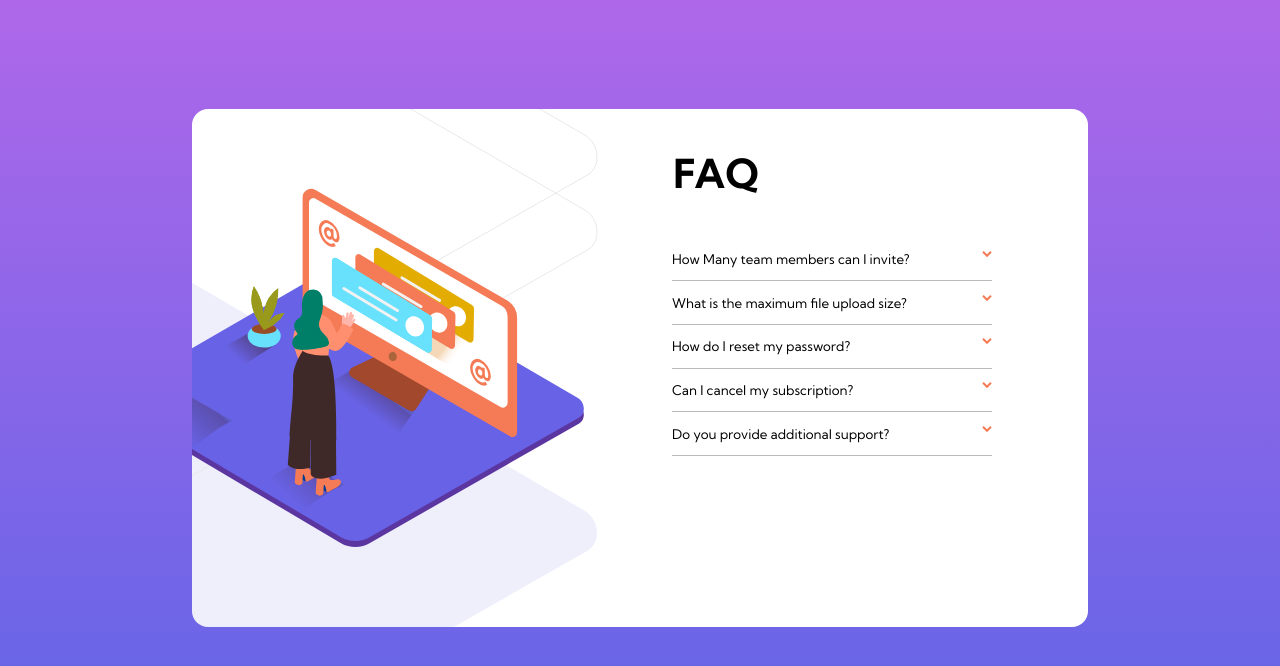
Repository: ryanwilll/ProjetoFAQ
Page: index.html
These files come from the project's save history. The page is drawn as it stood at one moment and after the next save; the edit follows.
The browser window is 1280 px wide. The pictures show the whole page.

Above is the page before, as saved 2022-10-28 12:13:24.

### index.html
<!DOCTYPE html>
<html lang="pt-br">

<head>
  <meta charset="UTF-8">
  <meta name="viewport" content="width=device-width, initial-scale=1.0">
  <!-- displays site properly based on user's device -->
  <link rel="preconnect" href="https://fonts.googleapis.com">
  <link rel="preconnect" href="https://fonts.gstatic.com" crossorigin>
  <link rel="preconnect" href="https://fonts.googleapis.com">
  <link rel="preconnect" href="https://fonts.gstatic.com" crossorigin>
  <link href="https://fonts.googleapis.com/css2?family=Kumbh+Sans:wght@400;700&display=swap" rel="stylesheet">
  <link rel="icon" type="image/png" sizes="32x32" href="./images/favicon-32x32.png">
  <link rel="stylesheet" href="./css/style.css">
  <link rel="stylesheet" href="./css/allmedia.css">
  <title>Frontend Mentor | FAQ Accordion Card</title>

  <!-- Feel free to remove these styles or customise in your own stylesheet 👍 -->
</head>

<body>

  <main class="container">
    <div class="card-white">
      <div class="imgs">
        <img class="img-principal" src="./images/illustration-woman-online-mobile.svg" alt="Ilustração Mobile">
        <img class="sombra-img-principal" src="./images/bg-pattern-mobile.svg" alt="Sombreamento da Imagem">
      </div>

      <div class="imgs-desktop">
        <img class="Box-Imagem" src="./images/illustration-box-desktop.svg" alt="Box da Imagem">
      </div>
      <h1 class="FAQ">FAQ</h1>
      <div class="faq-menu">

        <div class="text">
          <button class="button-answer">
            <div class="question"> How Many team members can I invite?<img class="seta"
                src="./images/icon-arrow-down.svg" alt="Seta para baixo"></div>

          </button>
          <p class="answer"> You can invite up to 2 additional users on the Free plan. There is no limit on team
            members
            for the Premium
            plan.</p>
        </div>
        <div class="text">
          <button class="button-answer">
            <div class="question"> What is the maximum file upload size?<img class="seta"
                src="./images/icon-arrow-down.svg" alt="Seta para baixo"></div>

          </button>
          <p class="answer"> No more than 2GB. All files in your account must fit your allotted storage space.</p>
        </div>
        <div class="text">
          <button class="button-answer">
            <div class="question"> How do I reset my password?<img class="seta" src="./images/icon-arrow-down.svg"
                alt="Seta para baixo"></div>

          </button>
          <p class="answer"> Click “Forgot password” from the login page or “Change password” from your profile page.
            A reset link will be emailed to you.</p>
        </div>
        <div class="text">
          <button class="button-answer">
            <div class="question"> Can I cancel my subscription?<img class="seta" src="./images/icon-arrow-down.svg"
                alt="Seta para baixo"></div>

          </button>
          <p class="answer"> Yes! Send us a message and we’ll process your request no questions asked.</p>
        </div>
        <div class="text">
          <button class="button-answer">
            <div class="question"> Do you provide additional support?<img class="seta"
                src="./images/icon-arrow-down.svg" alt="Seta para baixo"></div>

          </button>
          <p class="answer"> You can invite up to 2 additional users on the Free plan. There is no limit on team
            members
            for the Premium
            plan.</p>
        </div>
      </div>

    </div>
  </main>
  <script src="./src/index.js"></script>
</body>

</html>

### css/style.css
@charset "UTF-8";
input,
textarea,
button,
select,
a {
  -webkit-tap-highlight-color: rgba(0, 0, 0, 0);
}
/*Versão Mobile First*/
* {
  font-family: "Kumbh Sans", sans-serif;
  margin: 0px;
  padding: 0px;
  box-sizing: border-box;
}

body {
  background: linear-gradient(hsl(273, 75%, 66%) 80%, hsl(240, 73%, 65%));
  background: linear-gradient(hsl(273, 75%, 66%) 80%, hsl(240, 73%, 65%));
  background-repeat: no-repeat;
  position: relative;
  height: 100vh;
  width: 100vw;
}

.card-white {
  background-color: white;
  width: 90vw;
  max-height: 100vh;
  margin: 10em auto;
  border-radius: 1em;
  padding-bottom: 5em;
}

.card-white .imgs {
  position: relative;
  width: 50vw;
  margin: auto;
  top: -5.5em;
  z-index: 1;
}

.card-white .imgs .sombra-img-principal {
  position: relative;
  width: 50vw;
  margin: auto;
  top: -4.5em;
  z-index: -1;
}
.card-white .FAQ {
  font-size: 2.5em;
  text-align: center;
  font-weight: 600;
  margin: -3em 0em 1em;
}

.card-white button {
  border-style: none;
  text-align: left;
  background-color: transparent;
  transition: color ease-in-out 0.2s;
  justify-content: space-between;
  cursor: pointer;
  width: 80vw;
}

.card-white button img {
  position: relative;
  float: right;
  margin: auto;
}

.imgs-desktop {
  display: none;
}

.card-white button:hover {
  color: orange;
}

.card-white .faq-menu .text .question {
  width: 80vw;
  margin: 1em 0em;
}

.card-white .answer {
  visibility: hidden;
  height: 0;
  transition: height 0.5s ease;
}
.card-white .faq-menu .text {
  border-bottom: 1px solid rgb(187, 186, 186);
  width: 80vw;
  margin: auto;
}

.card-white .faq-menu .text.active .question {
  font-weight: bold;
}

.card-white .faq-menu .text.active .answer {
  visibility: visible;
  height: 2.4em;
  margin: 0.5em 0em;
  width: 75vw;
  font-size: 0.7em;
  margin-bottom: 2em;
  animation: fade 1s ease-in-out;
}

.card-white .faq-menu .text.active .seta {
  transform: rotate(180deg);
}
.seta {
  transition: transform 0.5s ease-in;
}

@keyframes fade {
  from {
    opacity: 0;
    transform: translateY(-10px);
  }
  to {
    opacity: 1;
    transform: translateY(0px);
  }
}

### css/allmedia.css
@media screen and (min-width: 600px) and (max-width: 768px) {
  body {
    background: linear-gradient(hsl(273, 75%, 66%) 80%, hsl(240, 73%, 65%));
    background: linear-gradient(hsl(273, 75%, 66%) 80%, hsl(240, 73%, 65%));
    background-repeat: no-repeat;
    position: relative;
    height: 100vh;
    width: 100vw;
  }
  .card-white {
    max-height: 100%;
    margin: 13em auto;
    border-radius: 1em;
    padding-bottom: 5em;
  }
  .card-white .imgs {
    top: -10.5em;
  }

  .card-white .imgs .sombra-img-principal {
    top: -7.5em;
  }
  .card-white .FAQ {
    font-size: 3.5em;
    margin: -5em 0em 1em;
  }

  .card-white button img {
    width: 1.5em;
    height: 1em;
  }
  .card-white .faq-menu .text .question {
    font-size: 2em;
  }
  .card-white .faq-menu .text.active .answer {
    font-size: 1.5em;
  }
}

@media screen and (min-width: 769px) and (max-width: 992px) {
  body {
    background: linear-gradient(hsl(273, 75%, 66%) 80%, hsl(240, 73%, 65%));
    background: linear-gradient(hsl(273, 75%, 66%) 80%, hsl(240, 73%, 65%));
    background-repeat: no-repeat;
    position: relative;
    height: 100%;
    width: 100%;
  }
  .card-white {
    max-height: 100%;
    margin: 15em auto;
    border-radius: 1em;
    padding-bottom: 5em;
  }
  .card-white .imgs {
    top: -10.5em;
  }

  .card-white .imgs .sombra-img-principal {
    top: -7.5em;
  }
  .card-white .FAQ {
    font-size: 4em;
    margin: -3em 0em 1em;
  }
  .card-white button img {
    width: 1.5em;
    height: 1em;
  }
  .card-white .faq-menu .text .question {
    font-size: 2em;
  }
  .card-white .faq-menu .text.active .answer {
    font-size: 1.5em;
  }
}

@media screen and (min-width: 993px) and (max-width: 1200px) {
  body {
    background: linear-gradient(hsl(273, 75%, 66%) 80%, hsl(240, 73%, 65%));
    background: linear-gradient(hsl(273, 75%, 66%) 80%, hsl(240, 73%, 65%));
    background-repeat: no-repeat;
    position: relative;
    height: 100%;
    width: 100%;
  }
  .card-white {
    max-height: 100%;
    margin: 15em auto;
    border-radius: 1em;
    padding-bottom: 5em;
  }
  .card-white .imgs {
    top: -16.5em;
  }

  .card-white .imgs .sombra-img-principal {
    top: -11.5em;
  }
  .card-white .FAQ {
    font-size: 5em;
    margin: -5.5em 0em 1em;
  }
  .card-white button img {
    width: 1.5em;
    height: 1em;
  }
  .card-white .faq-menu .text .question {
    font-size: 2.3em;
  }
  .card-white .faq-menu .text.active .answer {
    font-size: 1.7em;
  }
}

@media screen and (min-width: 1201px) {
  body {
    margin: 0;
    height: 100%;
    min-height: 100vh;
    max-width: 100vw;
    background: linear-gradient(hsl(273, 75%, 66%), hsl(240, 73%, 65%));
    display: grid;
    justify-content: center;
    align-content: center;
    overflow-x: hidden;
  }
  .imgs {
    display: none;
  }

  .card-white {
    position: relative;
    background-color: white;
    min-height: 70vh;
    height: 100%;
    width: 70vw;
    margin: 8em auto 0.4em auto;
    border-radius: 1em;
    padding-bottom: 5em;
    box-sizing: border-box;

    background: url(../images/illustration-woman-online-desktop.svg) center left -5em
        no-repeat,
      url(../images/bg-pattern-desktop.svg) bottom -11em left -35em no-repeat,
      url(../images/illustration-box-desktop.svg) bottom -11em left -35em
        no-repeat;
    background-color: white;
    /*background-image: url(../images/illustration-woman-online-desktop.svg);
    background-position: -5em center;
    background-repeat: no-repeat;
  */
  }

  .card-white .FAQ {
    font-size: 2.5em;
    font-weight: 600;
    padding-top: 1em;
    box-sizing: border-box;
    margin-left: 3.8em;
  }
  .card-white .faq-menu .text {
    border-bottom: 1px solid rgb(187, 186, 186);
    width: 25vw;
    margin-right: 6em;
  }
  .card-white button {
    width: 25vw;
  }
  .card-white button img {
    margin: auto;
  }
  .card-white .faq-menu .text .question {
    width: 25vw;
  }
  .card-white .faq-menu .text .answer {
    max-width: 25vw;
  }
}

### src/index.js
const faqs = document.querySelectorAll(".text");

faqs.forEach((faq) => {
  faq.addEventListener("click", () => {
    faq.classList.toggle("active");
  });
});

After the next save:
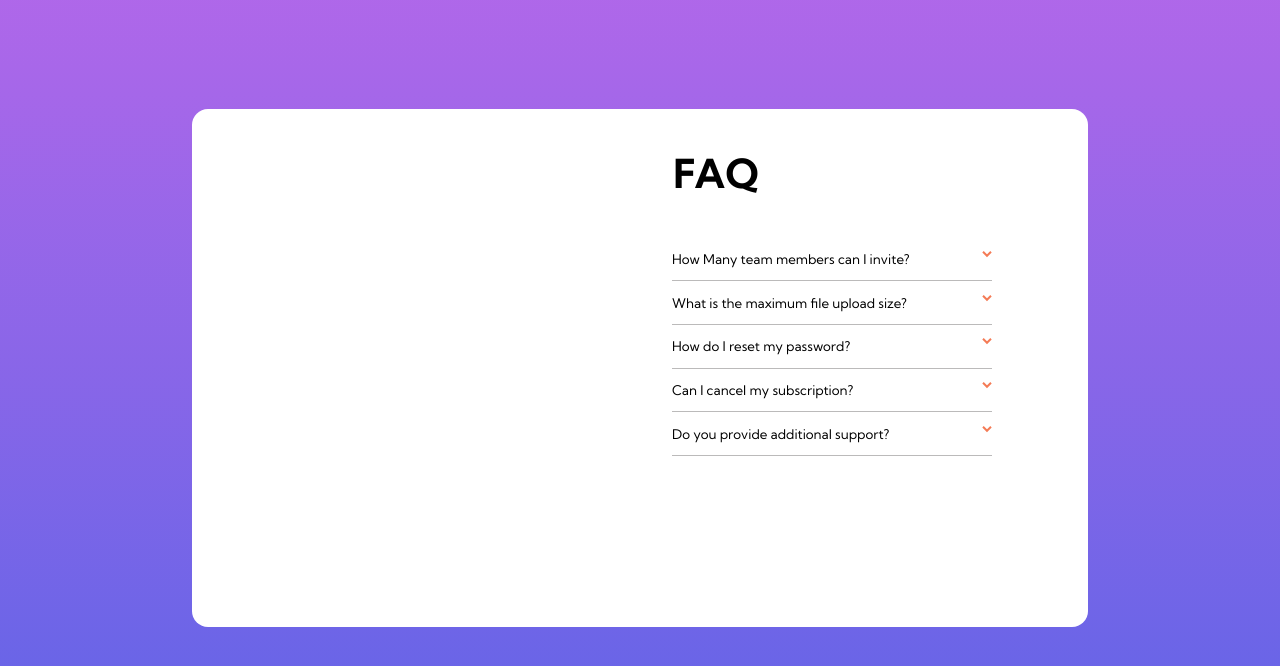
Saved 14 s later.
--- a/css/allmedia.css
+++ b/css/allmedia.css
@@ -143,8 +143,7 @@
     background: url(../images/illustration-woman-online-desktop.svg) center left -5em
         no-repeat,
       url(../images/bg-pattern-desktop.svg) bottom -11em left -35em no-repeat,
-      url(../images/illustration-box-desktop.svg) bottom -11em left -35em
-        no-repeat;
+      url(../images/illustration-box-desktop.svg) bottom 2 left -35em no-repeat;
     background-color: white;
     /*background-image: url(../images/illustration-woman-online-desktop.svg);
     background-position: -5em center;

After the 4 saves that followed:
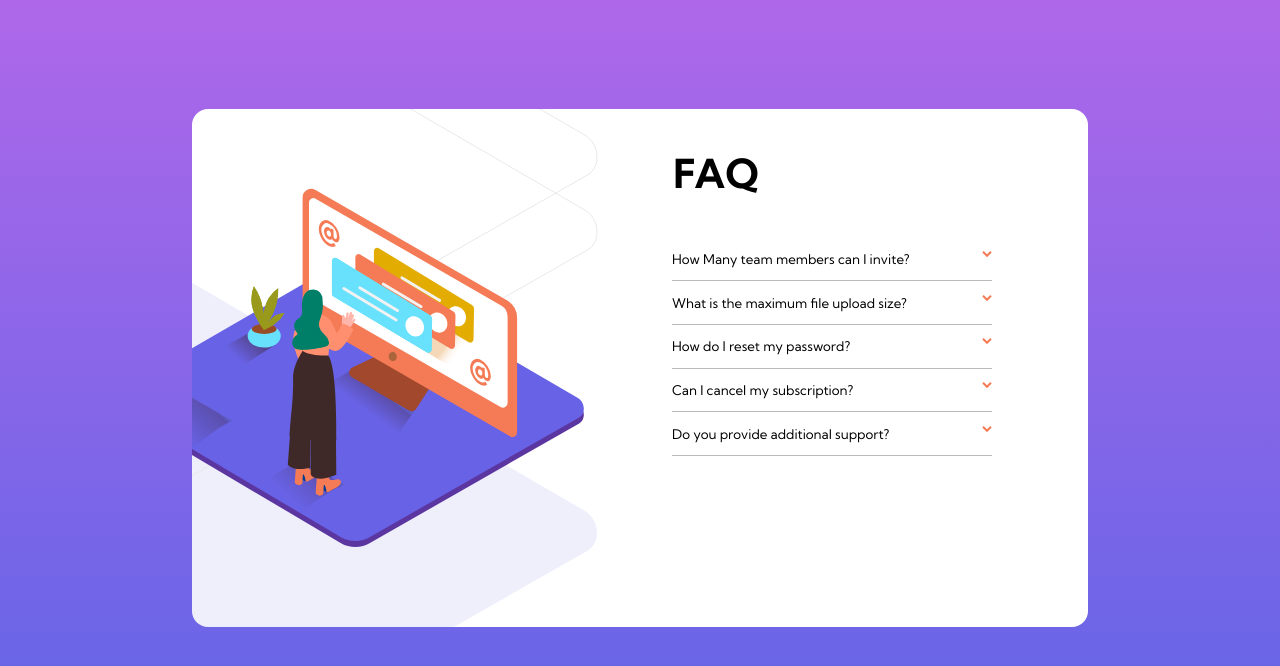
The 4 saves are shown as one change because 1 left the picture as it was and some came seconds apart.
The last was saved 14 s later.
--- a/css/allmedia.css
+++ b/css/allmedia.css
@@ -143,7 +143,8 @@
     background: url(../images/illustration-woman-online-desktop.svg) center left -5em
         no-repeat,
       url(../images/bg-pattern-desktop.svg) bottom -11em left -35em no-repeat,
-      url(../images/illustration-box-desktop.svg) bottom 2 left -35em no-repeat;
+      url(../images/illustration-box-desktop.svg) bottom -3em left -35em
+        no-repeat;
     background-color: white;
     /*background-image: url(../images/illustration-woman-online-desktop.svg);
     background-position: -5em center;
